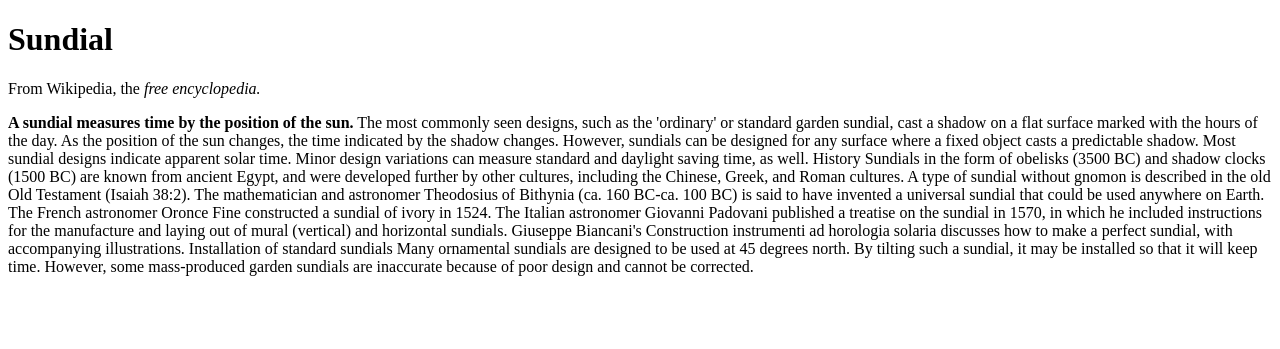
Repository: 9-5-pursuit/lab-intro-to-html
Page: sundial.html
The author's editor kept a copy of each file at every save. The page is drawn from the files as they stood at one save, then again after a run of saves.
The browser window is 1280 px wide. The pictures show the whole page.

Above is the page before, as saved 2023-02-27 16:22:36.

After the next 5 saves:
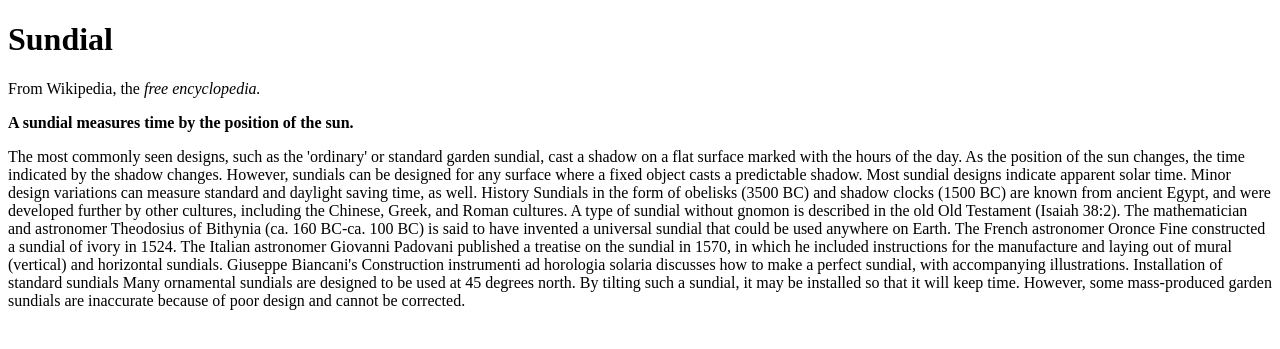
The 5 saves are shown as one change because they came seconds apart.
The last was saved 3 min 1 s later.
--- a/sundial.html
+++ b/sundial.html
@@ -13,7 +13,7 @@
     </header>
     <p></p>
     <strong>A sundial measures time by the position of the sun.</strong>
-    The most commonly seen designs, such as the 'ordinary' or standard garden
+    <p></p>The most commonly seen designs, such as the 'ordinary' or standard garden
     sundial, cast a shadow on a flat surface marked with the hours of the day.
     As the position of the sun changes, the time indicated by the shadow
     changes. However, sundials can be designed for any surface where a fixed
